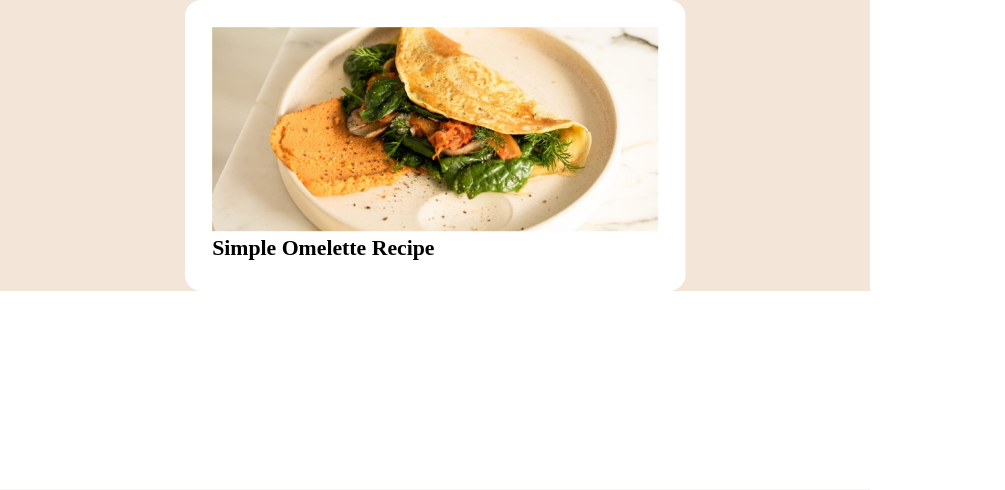
Repository: brandontaylor1/recipe-page
Page: index.html
An editor plug-in stored every save of this project. The page is shown before and after a run of saves, followed by the edit.
The browser window is 1280 px wide. The page is 1280 px wide, then 1478 px, then 1280 px, so the pictures cover 1478 px, including what lies to the right of the window. The pictures show the whole page, at 68% of full size.

Above is the page before, as saved 2024-12-28 21:40:08.

After the next 3 saves:
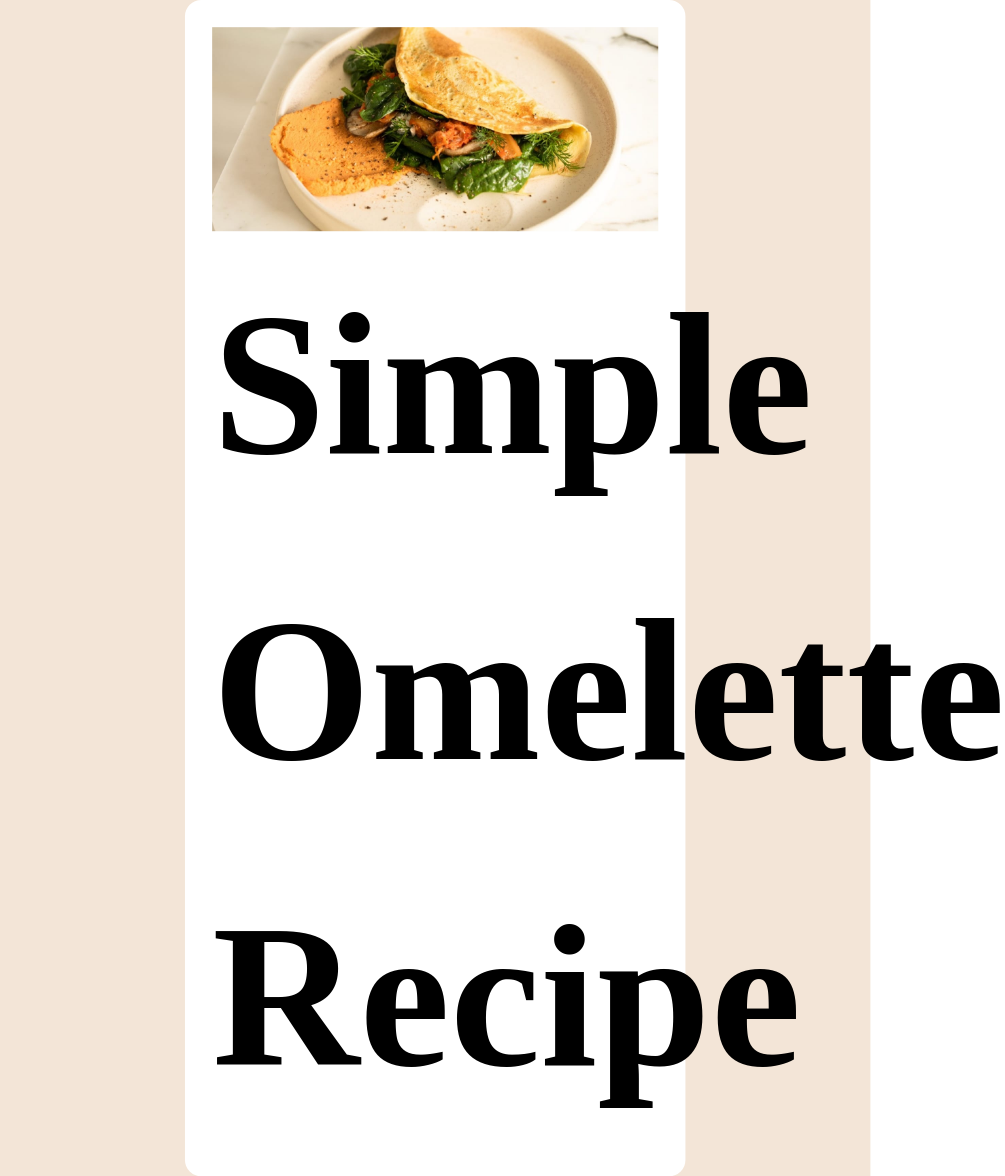
The 3 saves are shown as one change because they came seconds apart.
The last was saved 103 s later.
--- a/styles.css
+++ b/styles.css
@@ -143,6 +143,7 @@
     padding: 40px;
     background-color: var(--color-white);
     border-radius: 24px;
+    font-size: var(--fs-h1);
 
 
 }

After the save that followed:
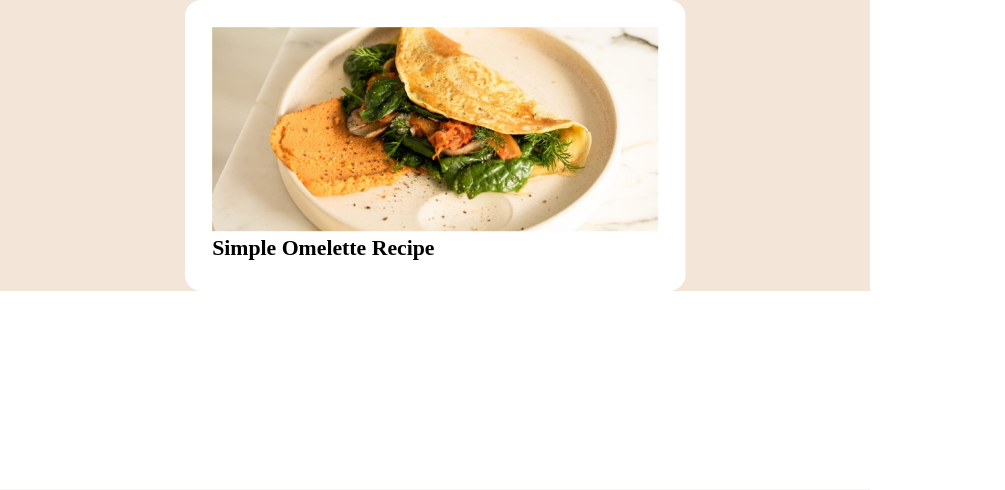
Saved 5 s later.
--- a/styles.css
+++ b/styles.css
@@ -143,7 +143,7 @@
     padding: 40px;
     background-color: var(--color-white);
     border-radius: 24px;
-    font-size: var(--fs-h1);
+    font-size: var(--fs-h1)d\;
 
 
 }
